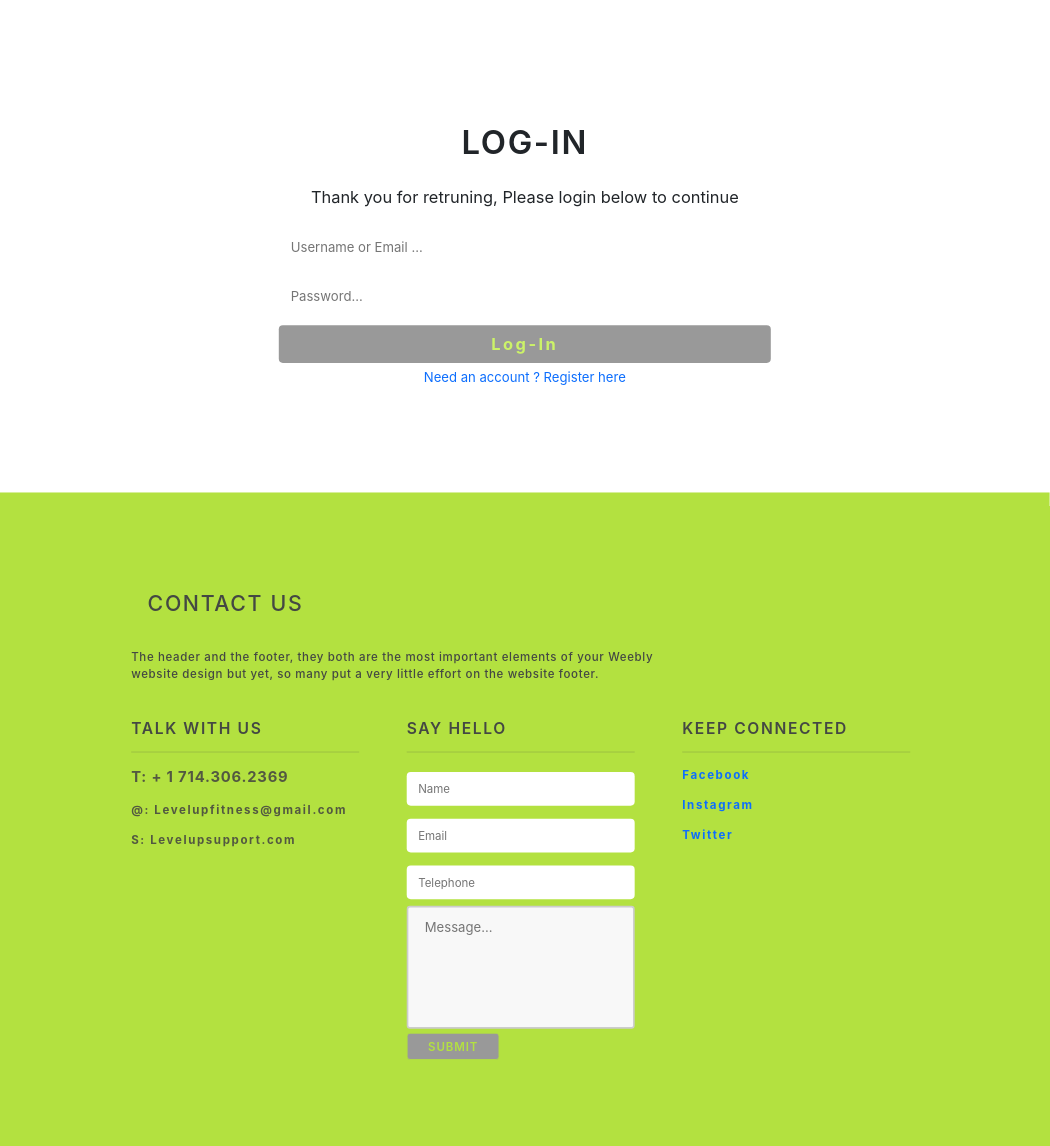
Repository: Bojurie/Level-up
Page: /login (app in client/)
These files come from the project's save history. The page is drawn as it stood at one moment and after the next save; the edit follows.
The browser window is 1280 px wide. The pictures show the part of the page from y = 314 to 1711 px (the page is 1711 px tall), at 82% of full size.
Some web fonts or font styles are not loaded; a fallback is used. Some web libraries are served in a nearby version. The project was rebuilt for these pictures with package versions that can differ from the ones it lists, and the page was loaded fresh each time. Also part of the build but not shown: client/src/components/Carousel.css, client/src/components/Carousel.js, client/src/components/BlogIist.js, client/src/components/HomeVlog.css, client/src/components/HomeVlog.js, client/src/components/homeProducts.css, client/src/components/HomeProducts.js, client/src/components/HomeShop.css and 12 more.

Above is the page before, as saved 2022-12-04 11:02:56.

After the next save:
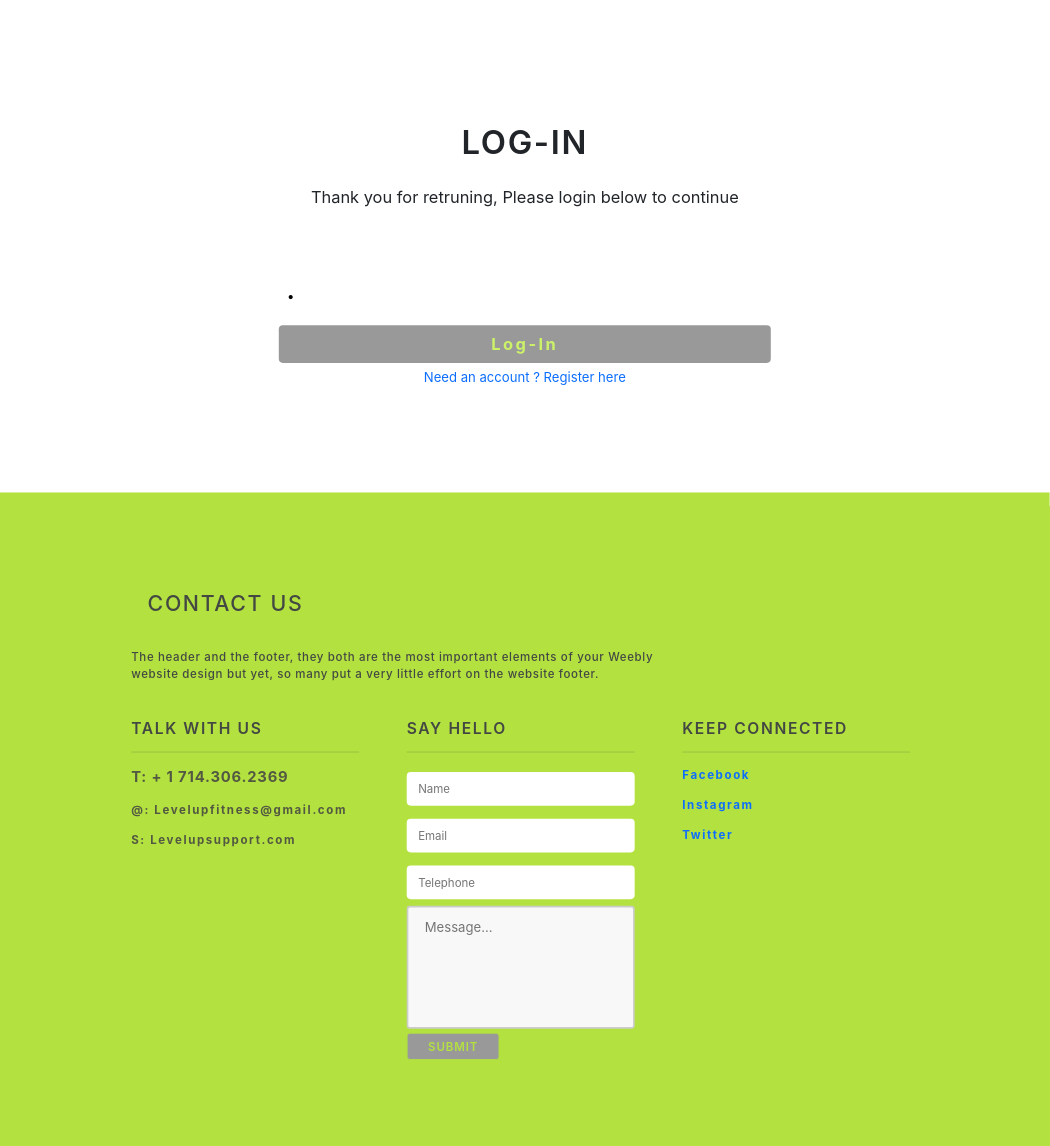
Saved 9 min 6 s later.
--- a/client/src/components/auth/LoginForm.js
+++ b/client/src/components/auth/LoginForm.js
@@ -3,35 +3,29 @@ import { Link } from 'react-router-dom';
 import './LoginForm.css'
 
 const LoginForm = () => {
-    const [username, setUsername] = useState(null);
-    const [email, setEmail] = useState(null);
-    const [password,setPassword] = useState(null);
+     const regUrl = 'http://localhost:5001/auth/login'
+    const [ userLogin, setUserLogin ] = useState({
+        username: " ",
+        password: " "
+    })
 
-     const handleInputChange = (e) => {
-        const {id , value} = e.target;
-
-        if(id === "username"){
-            setUsername(value);
-        }
-        if(id === "email"){
-            setEmail(value);
-        }
-        if(id === "password"){
-            setPassword(value);
-        }
+    const submit = (e) =>{
+        e.preventDefault();
+        axios.post(regUrl ,
+        {
+            username: userLogin.username,
+            password: userLogin.password
+        })
+        .then(res => {
+            console.log(res.data)
+        })
     }
-
-       const handleSubmit  = () => {
-      //  e.preventDefault();
-    // get form data out of state
-    const returnUser = [{
-         email: req.body.email,
-        password: req.body.password}]
-      axios.post('localhost:5001/login', returnUser)
-        .then(res => console.log('Data Sent'))
-        .catch(err => console.log(err.data))
-     }
-
+    const handleInputChange = (e) => {
+        const newUserLogin = {...userLogin}
+        newUser[e.target.id] = e.target.value
+        setUserLogin(newUserLogin)
+        console.log(newUserLogin)
+  }
 
 
   return (
@@ -42,11 +36,11 @@ const LoginForm = () => {
             <p>Thank you for retruning, Please login below to continue</p>
           </div>
 
-          <form method='post' className='form'>
-            <input type='text' name='username' placeholder=' Username or Email ...' value={username} onChange = {(e) => handleInputChange(e)} required />
-            <input type='password' name='password' value={password} onChange = {(e) => handleInputChange(e)} placeholder=' Password...' required />
+          <form method='post' className='form' onSubmit={(e) => submit(e) }>
+            <input type='text' name='username' placeholder=' Username or Email ...' value={userLogin.username} onChange = {(e) => handleInputChange(e)} required />
+            <input type='password' name='password' value={userLogin.password} onChange = {(e) => handleInputChange(e)} placeholder=' Password...' required />
             <div className='loginBtn'>
-               <input type='submit' onClick={()=>handleSubmit()} value='Log-In'/>
+               <input type='submit'  value='Log-In'/>
             </div>
           </form>
 
